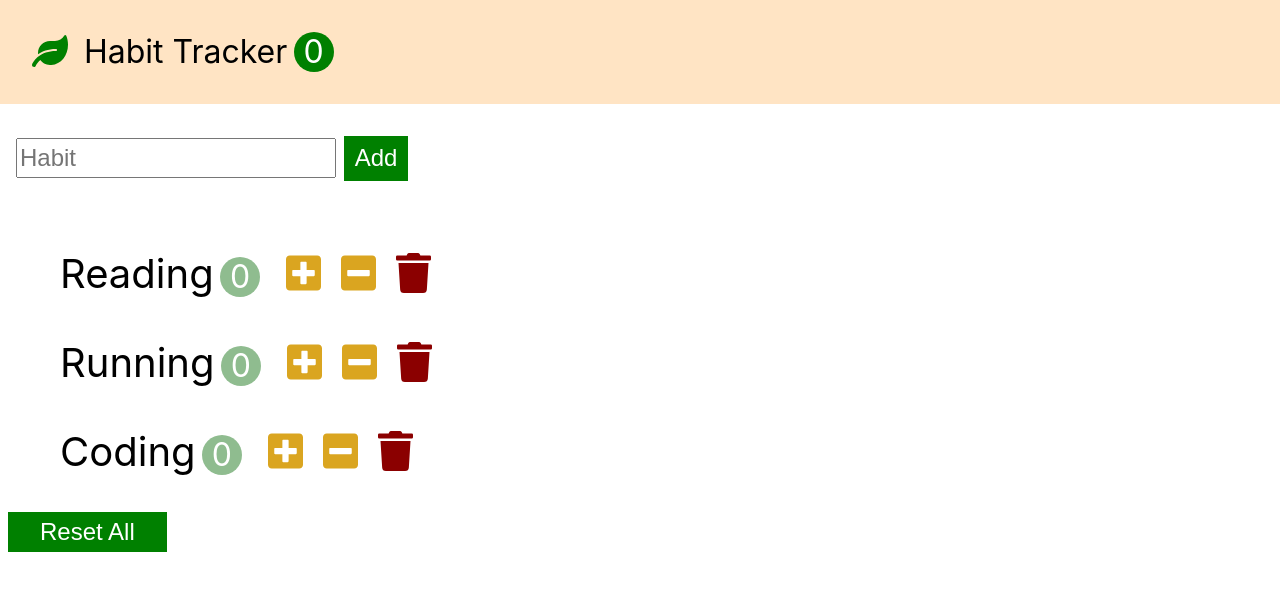
Repository: keehoonjung/react-habit-tracker
Page: / (app in react/habit-tracker/)
These files come from the project's save history. The page is drawn as it stood at one moment and after the next save; the edit follows.
The browser window is 1280 px wide. The pictures show the whole page.
The project was rebuilt for these pictures with package versions that can differ from the ones it lists, and the page was loaded fresh each time.

Above is the page before, as saved 2021-08-30 19:36:57.

After the next save:
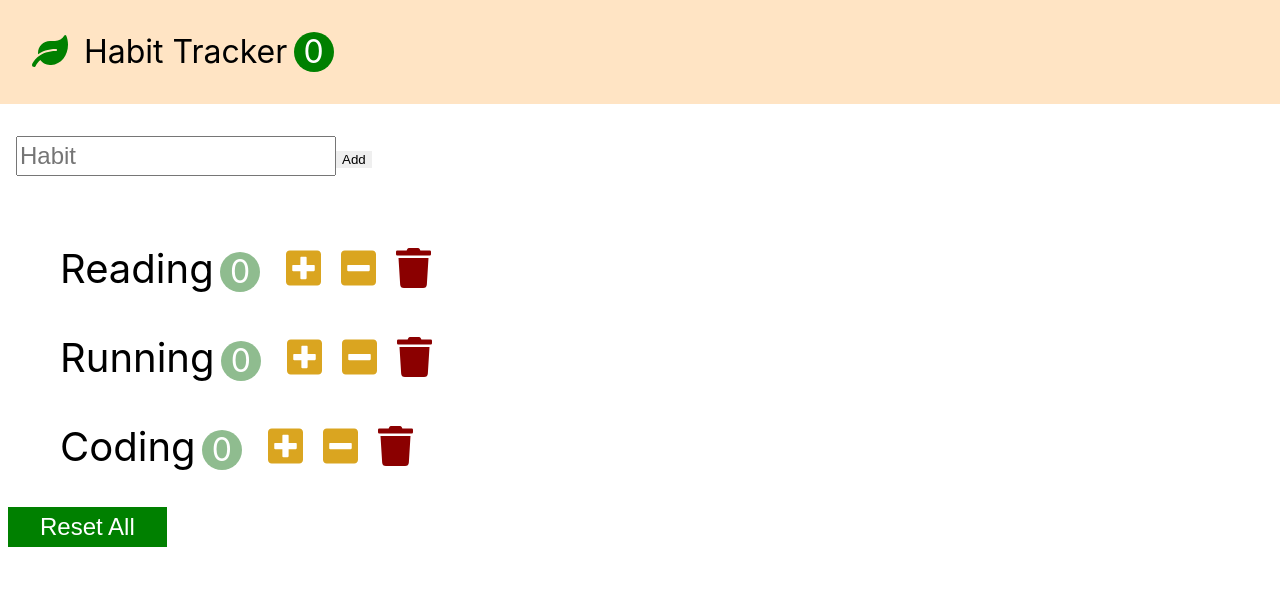
Saved 34 s later.
--- a/react/habit-tracker/src/app.jsx
+++ b/react/habit-tracker/src/app.jsx
@@ -62,7 +62,7 @@ class App extends Component {
         />
         <div className="add-form">
           <input type="text" className="add-input" placeholder="Habit" />
-          <button className="habit-input" onClick={this.addItem}>
+          <button className="add-button" onClick={this.addItem}>
             Add
           </button>
         </div>
